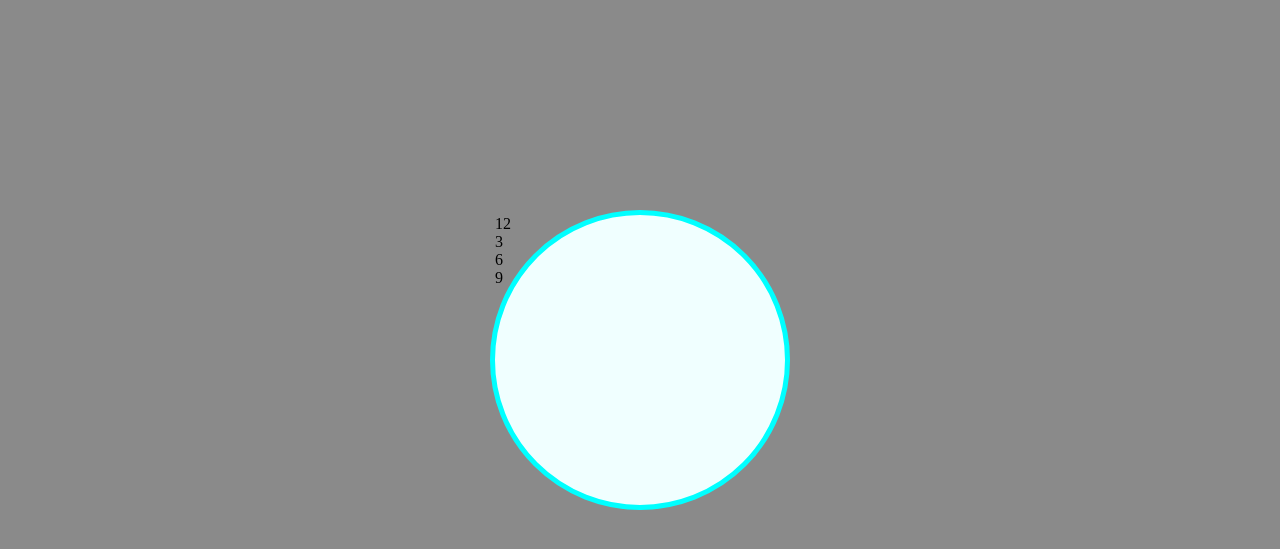
Repository: ChenWarren/web-clock
Page: index.html
These files come from the project's save history. The page is drawn as it stood at one moment and after the next save; the edit follows.
The browser window is 1280 px wide. The pictures show the whole page.

Above is the page before, as saved 2021-03-18 20:45:41.

After the next save:
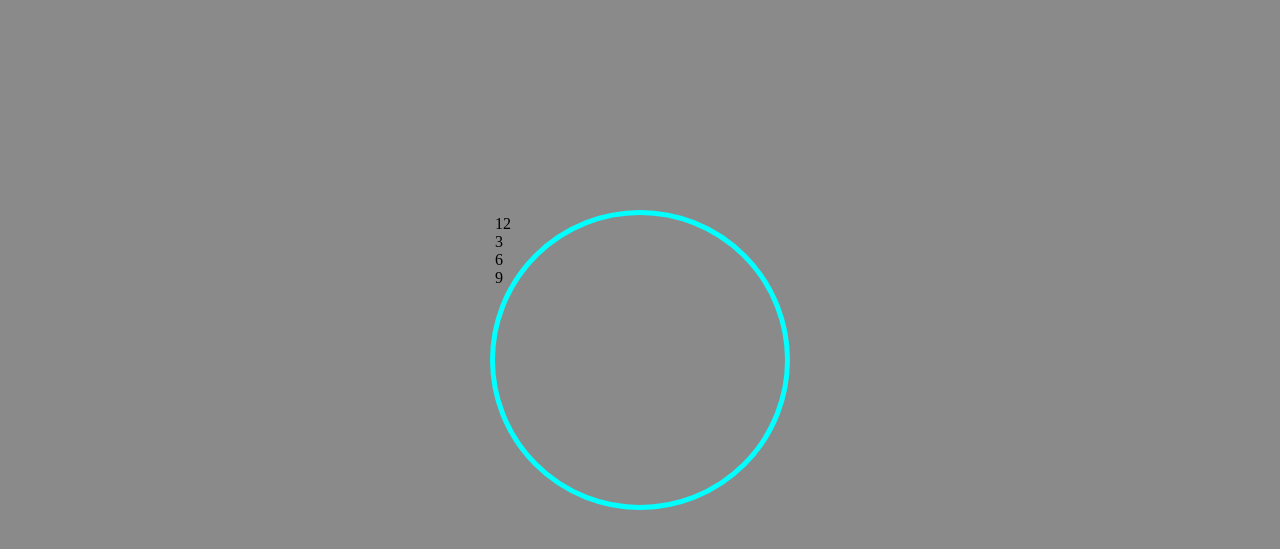
Saved 36 s later.
--- a/main.css
+++ b/main.css
@@ -17,7 +17,7 @@ body {
 .clock {
     width: 300px;
     height: 300px;
-    background-color: azure;
+    rgba(255, 255, 255, 0.85);
     border-radius: 50%;
     border: cyan solid 5px;
 }
